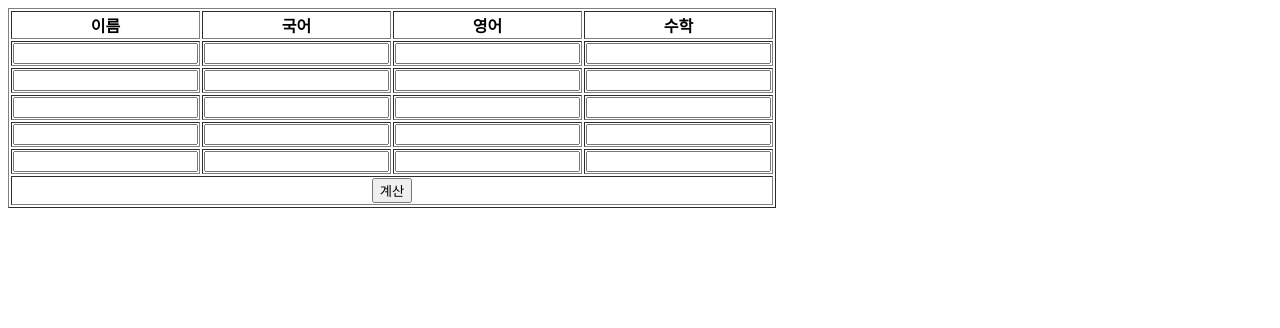
Repository: hjh5217/newJSP
Page: http://localhost/jspProj/subject/sumAvg.jsp
The author's editor kept a copy of each file at every save. The page is drawn from the files as they stood at one save, then again after the next save.
The browser window is 1280 px wide. The pictures show the whole page.
The page is served by Tomcat 9.

Above is the page before, as saved 2023-07-27 08:04:43.

After the next save:
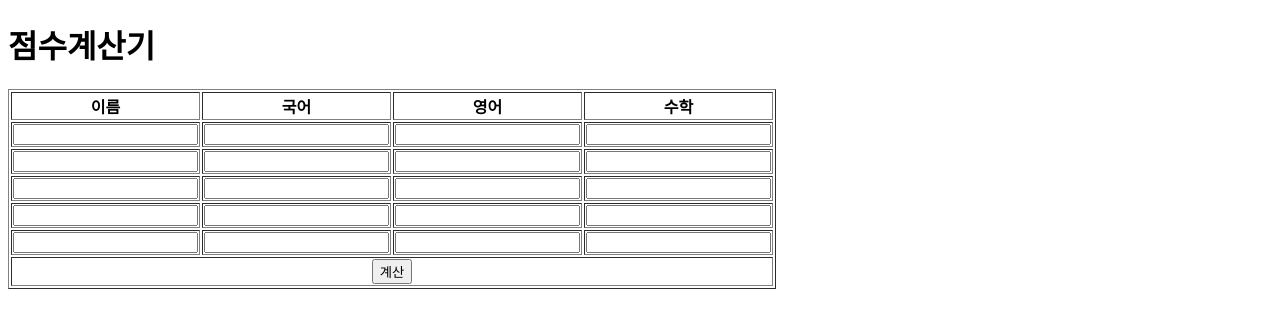
Saved 3 min 2 s later.
--- a/jspProj/src/main/webapp/subject/sumAvg.jsp
+++ b/jspProj/src/main/webapp/subject/sumAvg.jsp
@@ -7,6 +7,7 @@
 <title>국영수 점수 계산하기</title>
 </head>
 <body>
+	<h1>점수계산기</h1>
 	<form action="avgProcess.jsp">
 		<table border="">
 			<tr>
